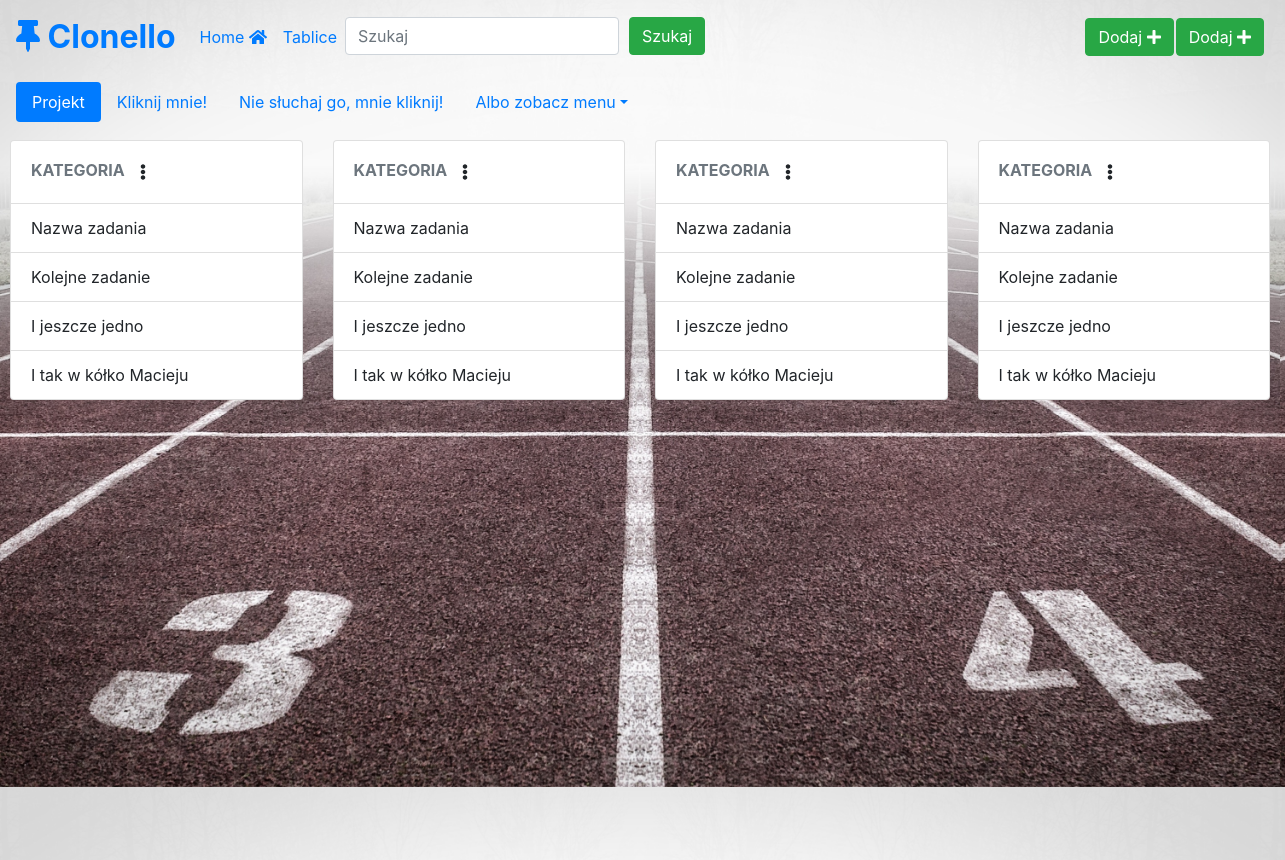
Repository: jnehlt/PAW-lab
Page: / (app in Frontend/clonello/)
An editor plug-in stored every save of this project. The page is shown before and after a run of saves, followed by the edit.
The browser window is 1280 px wide. The page is 1285 px wide, so the pictures cover 1285 px, including what lies to the right of the window. The pictures show the whole page.
The project was rebuilt for these pictures with package versions that can differ from the ones it lists, and the page was loaded fresh each time.

Above is the page before, as saved 2020-04-24 22:41:59.

### Frontend/clonello/src/main.js
import "@babel/polyfill";
import "mutationobserver-shim";
import Vue from "vue";
import "./plugins/bootstrap-vue";
import App from "./App.vue";
import router from "./router";
import "@fortawesome/fontawesome-free/css/all.css";
import "@fortawesome/fontawesome-free/js/all.js";

Vue.config.productionTip = false;

new Vue({
  router,
  render: h => h(App)
}).$mount("#app");

### Frontend/clonello/src/App.vue
<template>
  <div id="app">
    <topheader></topheader>
    <projectheader></projectheader>

    <div class="row">
        <maincard></maincard>
        <maincard></maincard>
        <maincard></maincard>
        <maincard></maincard>
        <maincard></maincard>
        <maincard></maincard>
        <maincard></maincard>
        <maincard></maincard>
    </div>
    <router-view />
  </div>
</template>

<script>
import TopHeader from "@/components/TopHeader.vue";
import ProjectHeader from "@/components/ProjectHeader.vue";
import MainCard from "@/components/MainCard.vue";

export default {
  components: {
    "topheader": TopHeader,
    "projectheader": ProjectHeader,
    "maincard": MainCard
  }
};
</script>

<style lang="scss">

body {
    background-image: url("../src/assets/running-track-sn-3000x2001.jpg");
    background-size: cover;
    background-position: center;
}

.dropdown-header {
    font-size: larger;
    font-weight: bolder;
}

html, body {
    height: 100%;
}

.list-head {
    font-weight: bolder;
    text-transform: uppercase;
}

.btn {
    margin-left: 2px;
}


.row {
  display: flex;
  flex-wrap: nowrap;
  overflow-x: auto;
  margin-left: -5px;
  margin-right: -5px;
  margin-top: 10px;
  height: 100vh;
}

::-webkit-scrollbar {
  height: 4px;              /* height of horizontal scrollbar ← You're missing this */
  width: 4px;               /* width of vertical scrollbar */
  border: 1px solid #d5d5d5;
  margin-left: -5px;
  margin-right: -5px;
}


</style>

### Frontend/clonello/src/components/TopHeader.vue
<template>
  <div>
    <nav class="navbar navbar-expand-lg">
      <a class="navbar-brand" href="#"><i class="fas fa-thumbtack"></i> Clonello</a>
      <button class="navbar-toggler navbar-dark" type="button" data-toggle="collapse" data-target="#navbarNav" aria-controls="navbarNav" aria-expanded="false" aria-label="Toggle navigation">
          <span class="navbar-toggler-icon"></span>
      </button>
      <div class="collapse navbar-collapse" id="navbarNav">
        <ul class="navbar-nav mr-auto">
          <li class="nav-item">
            <a class="nav-link" href="#">Home <i class="fas fa-home"></i></a>
          </li>
          <li class="nav-item">
            <a class="nav-link" href="#">Tablice</a>
          </li>
          <li class="nav-item">
            <form class="form-inline my-2 my-lg-0">
              <input class="form-control mr-sm-2" type="search" placeholder="Szukaj" aria-label="Search">
              <button class="btn btn-success my-2 my-sm-0" type="submit">Szukaj</button>
            </form>
          </li>
        </ul>
        <ul class="navbar-right navbar-nav">
          <li>
            <b-button v-b-toggle.collapse-1  variant="success">Dodaj <i class="fas fa-plus"></i></b-button>
            <b-collapse id="collapse-1" class="mt-2">
              <b-card>
                <p class="card-text">Collapse contents Here</p>
                <b-button v-b-toggle.collapse-1-inner size="sm">Toggle Inner Collapse</b-button>
                <b-collapse id="collapse-1-inner" class="mt-2">
                  <b-card>Hello!</b-card>
                </b-collapse>
              </b-card>
            </b-collapse>
            <b-button v-b-toggle.collapse-1  variant="success">Dodaj <i class="fas fa-plus"></i></b-button>
            <b-collapse id="collapse-1" class="mt-2">
              <b-card>
                <p class="card-text">Collapse contents Here</p>
                <b-button v-b-toggle.collapse-1-inner size="sm">Toggle Inner Collapse</b-button>
                <b-collapse id="collapse-1-inner" class="mt-2">
                  <b-card>Hello!</b-card>
                </b-collapse>
              </b-card>
            </b-collapse>
          </li>
        </ul>
      </div>
    </nav>
  </div>
  <!-- class="btn btn-success" type="button" data-toggle="collapse" data-target="#collapseAdd" aria-expanded="false" aria-controls="collapseAdd">Dodaj <i class="fas fa-plus"></i>
            </button> -->
</template>

<script>



export default {

};
</script>

<!-- Add "scoped" attribute to limit CSS to this component only -->
<style scoped lang="scss">
.navbar-brand {
    font-weight: bolder;
    font-size: 2em;
}

.navbar {
    background-color: transparent;
}

.navbar-toggler {
    background-color: #4e555b;
}
</style>

### Frontend/clonello/src/components/ProjectHeader.vue
<template>
  <div>
      <div class="navbar navbar-expand-lg">
      <ul class="nav nav-pills nav-fill">
        <li class="nav-item">
          <a class="nav-link active" href="#">Projekt</a>
        </li>
        <li class="nav-item">
          <a class="nav-link" href="#">Kliknij mnie!</a>
        </li>
        <li class="nav-item">
          <a class="nav-link" href="#">Nie słuchaj go, mnie kliknij!</a>
        </li>
        <li class="nav-item dropdown">
          <a class="nav-link dropdown-toggle" data-toggle="dropdown" href="#" role="button" aria-haspopup="true" aria-expanded="false">Albo zobacz menu</a>
          <div class="dropdown-menu">
            <h5 class="dropdown-header">Menu</h5>
            <div class="dropdown-divider"></div>
            <a class="dropdown-item" href="#">No dobra</a>
            <a class="dropdown-item" href="#">Trochę zamieszania</a>
            <a class="dropdown-item" href="#">Dziwnie wyszło</a>
            <a class="dropdown-item" href="#">Ale klinkij tamte</a>
          </div>
        </li>
      </ul>
    </div>
  </div>
</template>

<script>
export default {

}
</script>

<style>
.navbar-brand {
    font-weight: bolder;
    font-size: 2em;
}

.navbar {
    background-color: transparent;
}

.navbar-toggler {
    background-color: #4e555b;
}
</style>

### Frontend/clonello/src/components/MainCard.vue
<template>
        <div class="col-3 col-md-3 col-sm-3">
            <ul class="list-group">
                <li class="list-group-item disabled list-head" aria-disabled="true">Kategoria<button class="btn btn-kropki"><i class="fas fa-ellipsis-v"></i></button></li>
                <li class="list-group-item">Nazwa zadania</li>
                <li class="list-group-item">Kolejne zadanie</li>
                <li class="list-group-item">I jeszcze jedno</li>
                <li class="list-group-item">I tak w kółko Macieju</li>
            </ul>
        </div>

</template>

<script>
export default {

}
</script>

<style>

</style>

### Frontend/clonello/src/views/Home.vue
<template>
  <div class="home"></div>
</template>

<script>
// @ is an alias to /src
export default {
  name: "Home",
  components: {}
};
</script>

Loaded but not shown: Frontend/clonello/public/index.html (common file); Frontend/clonello/src/plugins/bootstrap-vue.js (common file); Frontend/clonello/src/router/index.js (common file)

After the next 2 saves:
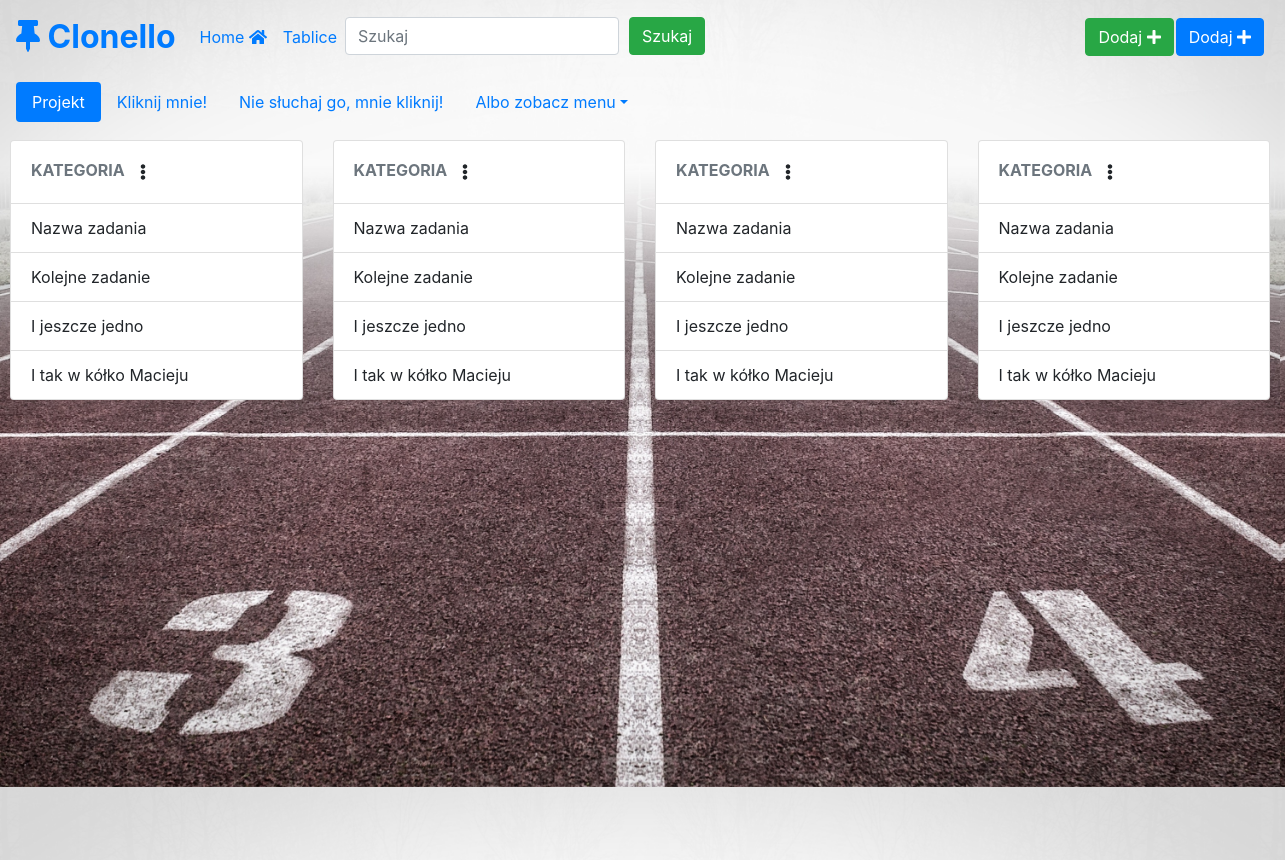
The 2 saves are shown as one change because they came seconds apart.
The last was saved 27 s later.
--- a/Frontend/clonello/src/components/TopHeader.vue
+++ b/Frontend/clonello/src/components/TopHeader.vue
@@ -32,7 +32,7 @@
                 </b-collapse>
               </b-card>
             </b-collapse>
-            <b-button v-b-toggle.collapse-1  variant="success">Dodaj <i class="fas fa-plus"></i></b-button>
+            <b-button v-b-toggle.collapse-1  variant="primary">Dodaj <i class="fas fa-plus"></i></b-button>
             <b-collapse id="collapse-1" class="mt-2">
               <b-card>
                 <p class="card-text">Collapse contents Here</p>
